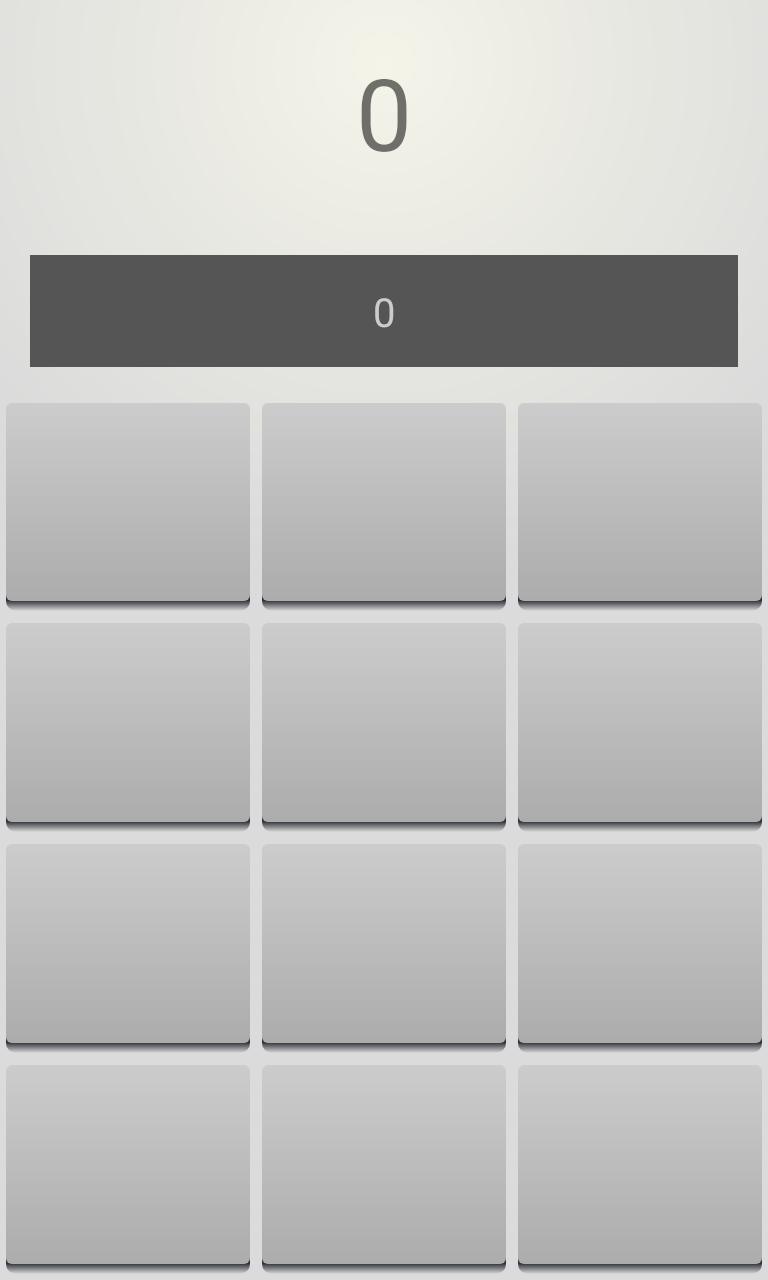
Repository: DaleJulian/Remote-Control
Layout: RemoteControl/res/layout/fragment_remote_control.xml
An editor plug-in stored every save of this project. The layout is shown before and after the next save, followed by the edit.
It is drawn on a 768 x 1280 px phone screen (xhdpi) without system bars, with theme AppTheme; the app's code is not run.

Above is the layout before, as saved 2015-06-02 08:09:34.

### RemoteControl/res/layout/fragment_remote_control.xml
<?xml version="1.0" encoding="utf-8"?>
<TableLayout xmlns:android="http://schemas.android.com/apk/res/android"
    android:id="@+id/fragment_remote_control_table_layout"
    android:layout_width="match_parent"
    android:layout_height="match_parent"
  	android:background="@drawable/remote_background"
    android:stretchColumns="*" >

    <TextView
        android:id="@+id/fragment_remote_control_selectedTextView"
        android:layout_width="match_parent"
        android:layout_height="0dp"
        android:layout_weight="2"
        android:gravity="center"
        android:text="0"
        android:textSize="50dp" />

    <TextView
        android:id="@+id/fragment_remote_control_workingTextView"
		android:layout_width="match_parent"
		android:layout_height="0dp"
		android:layout_weight="1"
		android:layout_margin="15dp"
		android:background="#555555"
		android:gravity="center"
		android:text="0"
		android:textColor="#cccccc"
		android:textSize="20dp" />

	<include
	    android:layout_weight="1"
	    layout="@layout/button_row" />
	<include
	    android:layout_weight="1"
	    layout="@layout/button_row" />
    <include
	    android:layout_weight="1"
	    layout="@layout/button_row" />
    <include
	    android:layout_weight="1"
	    layout="@layout/button_row" />
</TableLayout>

### RemoteControl/res/drawable/remote_background.xml
<?xml version="1.0" encoding="utf-8"?>
<shape xmlns:android="http://schemas.android.com/apk/res/android" >
  <gradient
    android:centerY="0.05"
    android:endColor="#dbdbdb"
    android:gradientRadius="500"
    android:startColor="#f4f4e9"
    android:type="radial" />
</shape>

### RemoteControl/res/layout/button_row.xml
<?xml version="1.0" encoding="utf-8"?>
	<TableRow xmlns:android="http://schemas.android.com/apk/res/android" >
	<Button style="@style/RemoteButton" />
	<Button style="@style/RemoteButton" />
	<Button style="@style/RemoteButton" />
</TableRow>

### RemoteControl/res/drawable/button_shape_shadowed.xml
<?xml version="1.0" encoding="utf-8"?>
<layer-list xmlns:android="http://schemas.android.com/apk/res/android" >
  <item>
    <shape android:shape="rectangle" >
      <corners android:radius="5dp" />

      <gradient
        android:angle="90"
        android:centerColor="#303339"
        android:centerY="0.05"
        android:endColor="#000000"
        android:startColor="#00000000" />
    </shape>
  </item>
  <item>
    <inset
      android:drawable="@drawable/button_shape"
      android:insetBottom="5dp" />
  </item>
</layer-list>

### RemoteControl/res/drawable/button_text_color.xml
<?xml version="1.0" encoding="utf-8"?>
<selector xmlns:android="http://schemas.android.com/apk/res/android" >
    <item android:state_pressed="false" android:color="#ffffff"/>
    <item android:state_pressed="true" android:color="#556699"/>
</selector>

### RemoteControl/res/drawable/button_shape.xml
<?xml version="1.0" encoding="utf-8"?>
<selector xmlns:android="http://schemas.android.com/apk/res/android">
  <item android:drawable="@drawable/button_shape_normal"
   android:state_pressed="false"/>
  <item android:drawable="@drawable/button_shape_pressed"
    android:state_pressed="true"/>
</selector>

### RemoteControl/res/drawable/button_shape_normal.xml
<?xml version="1.0" encoding="utf-8"?>
<shape xmlns:android="http://schemas.android.com/apk/res/android"
  android:shape="rectangle" >

  <corners android:radius="3dp" />

  <gradient
    android:angle="90"
    android:endColor="#cccccc"
    android:startColor="#acacac" />

</shape>

### RemoteControl/res/drawable/button_shape_pressed.xml
<?xml version="1.0" encoding="utf-8"?>
<shape xmlns:android="http://schemas.android.com/apk/res/android"
  android:shape="rectangle" >

  <corners android:radius="3dp" />

  <gradient
    android:angle="270"
    android:endColor="#cccccc"
    android:startColor="#acacac" />

</shape>

Loaded but not shown: RemoteControl/res/values/styles.xml (common file); RemoteControl/res/values-v11/styles.xml (common file); RemoteControl/res/values-v14/styles.xml (common file)

After the next save:
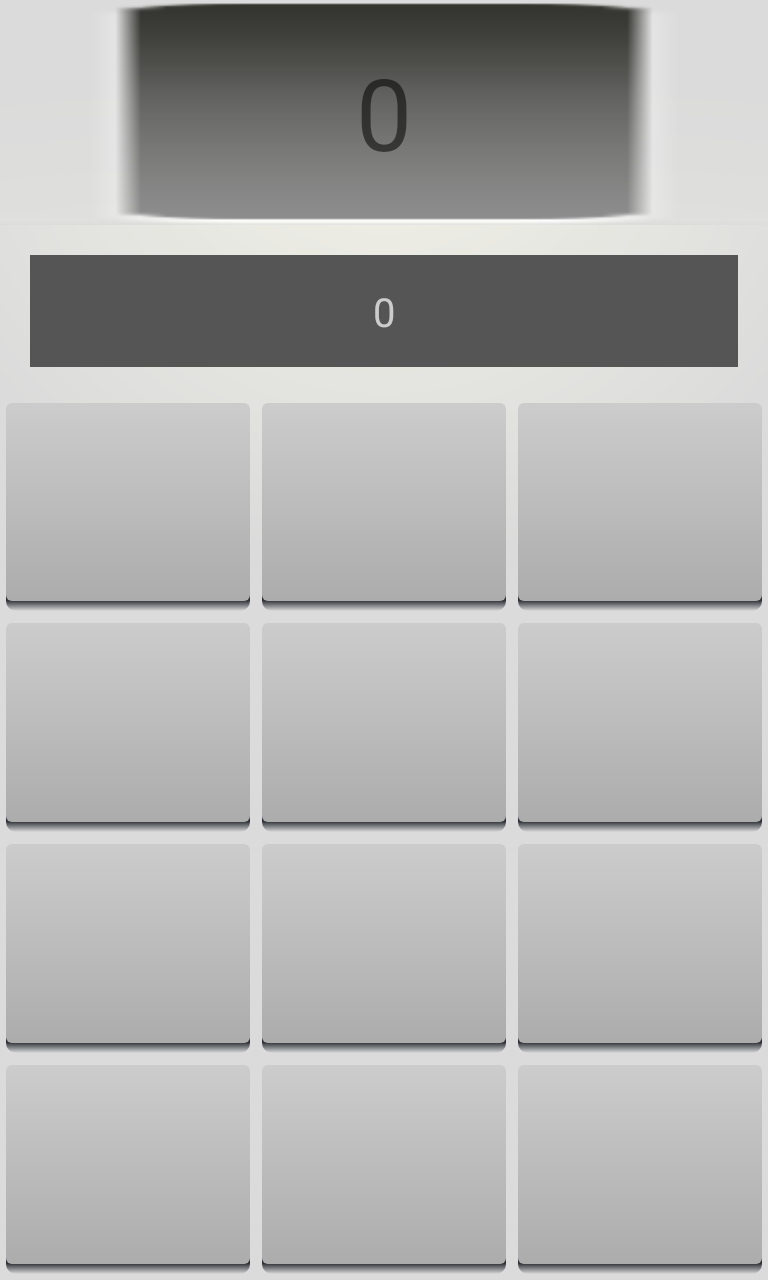
Saved 19 s later.
--- a/RemoteControl/res/layout/fragment_remote_control.xml
+++ b/RemoteControl/res/layout/fragment_remote_control.xml
@@ -11,6 +11,8 @@
         android:layout_width="match_parent"
         android:layout_height="0dp"
         android:layout_weight="2"
+        android:background="@drawable/window"
+
         android:gravity="center"
         android:text="0"
         android:textSize="50dp" />
